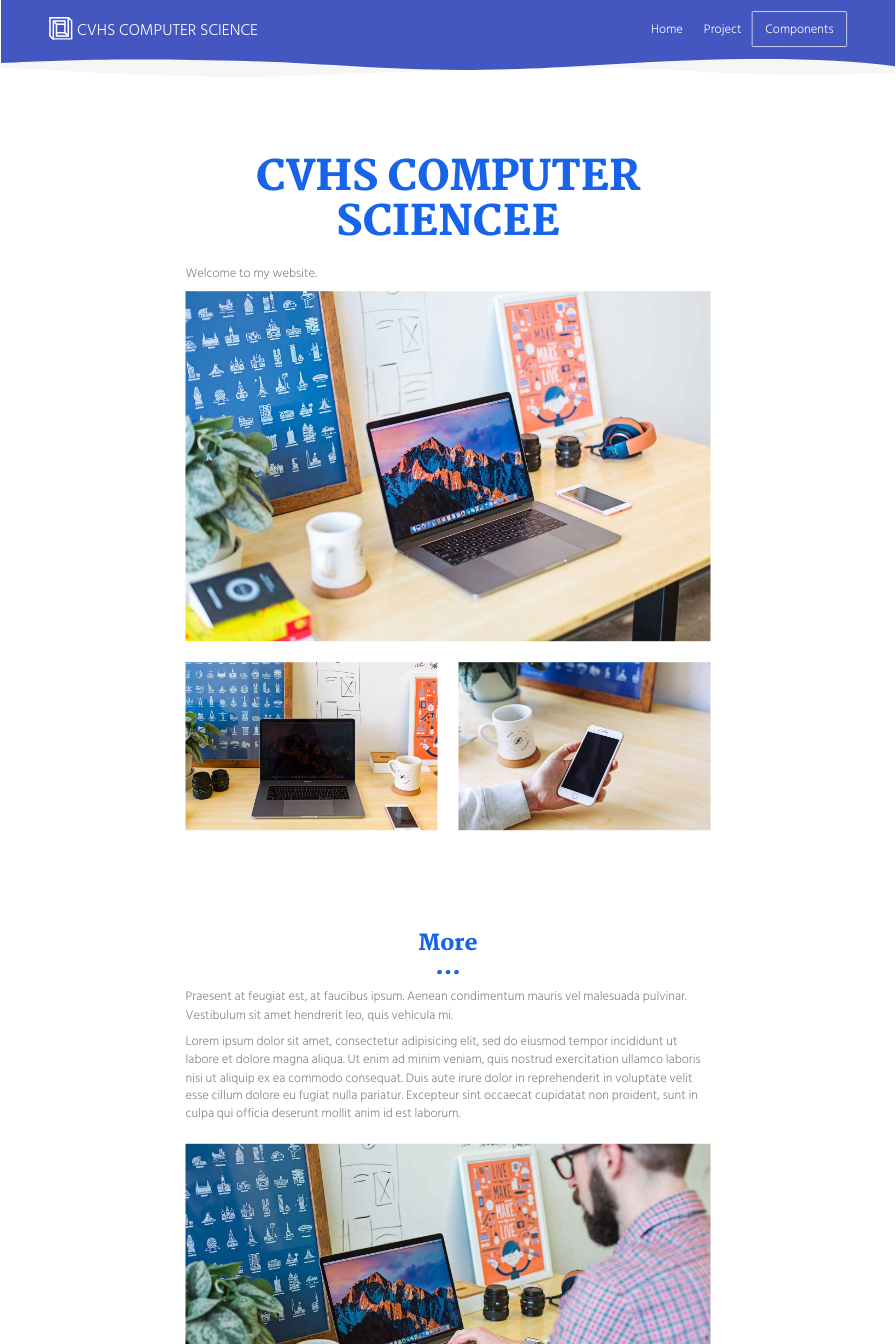
Repository: KevinBach02/KevinBach02.github.io
Page: project.html
The author's editor kept a record of every edit. The page is drawn from the files as they stood at one moment, then again after the next edit.
The browser window is 1280 px wide. The pictures show the part of the page from y = 0 to 1920 px (the page is 2741 px tall), at 70% of full size.

Above is the page before.

After the next edit:
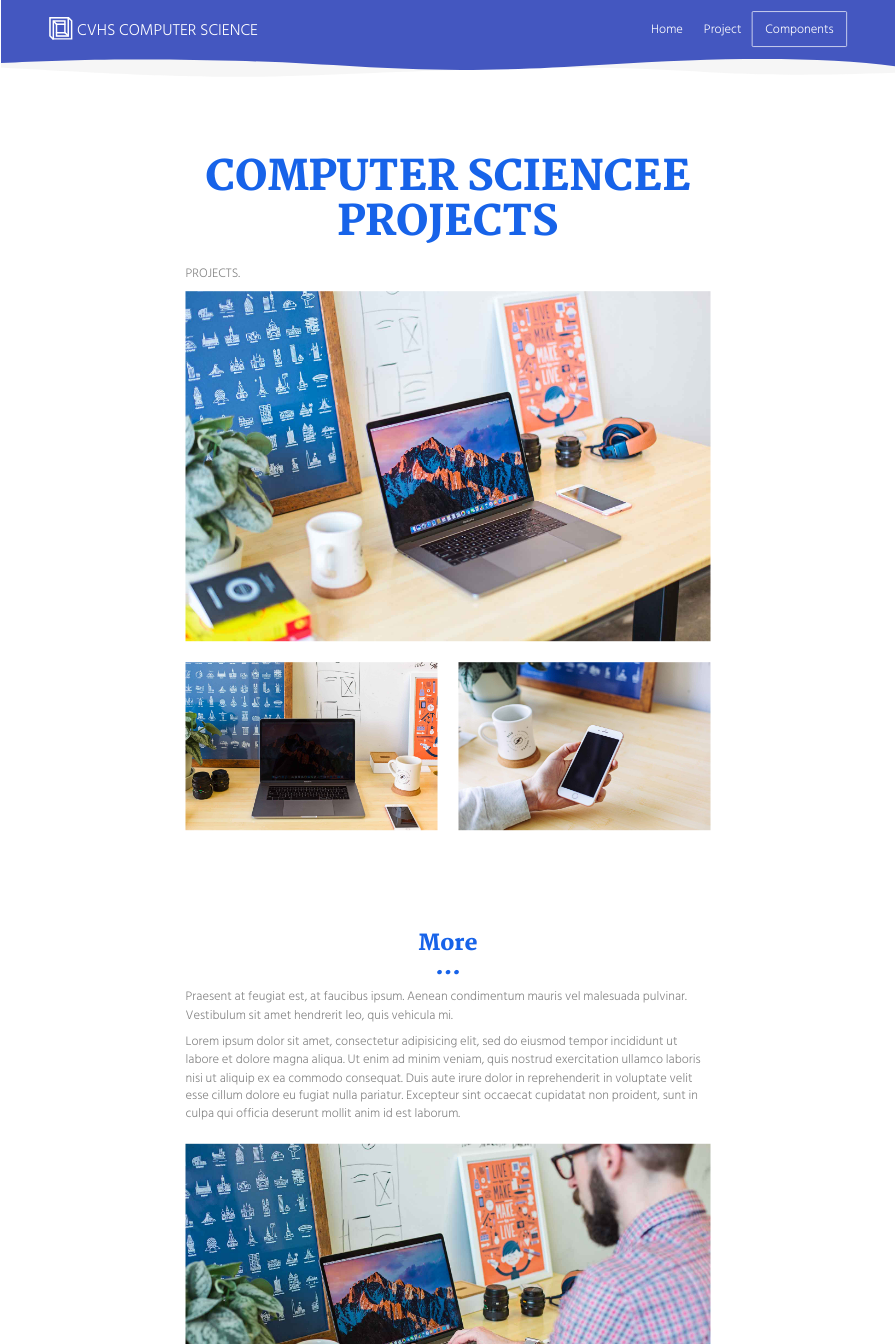
The edit:
--- a/project.html
+++ b/project.html
@@ -60,8 +60,8 @@
     <div class="container">
       <div class="row">
         <div class="col-xs-12 col-md-8 col-md-offset-2">
-          <h1 class="text-center">CVHS COMPUTER SCIENCEE</h1>
-          <p>Welcome to my website.</p>
+          <h1 class="text-center">COMPUTER SCIENCEE PROJECTS</h1>
+          <p>PROJECTS.</p>
 
           <div class="section-container-spacer">
             <img src="./assets/images/img-06.jpg" alt="" class="img-responsive reveal-content" data-action="zoom">
